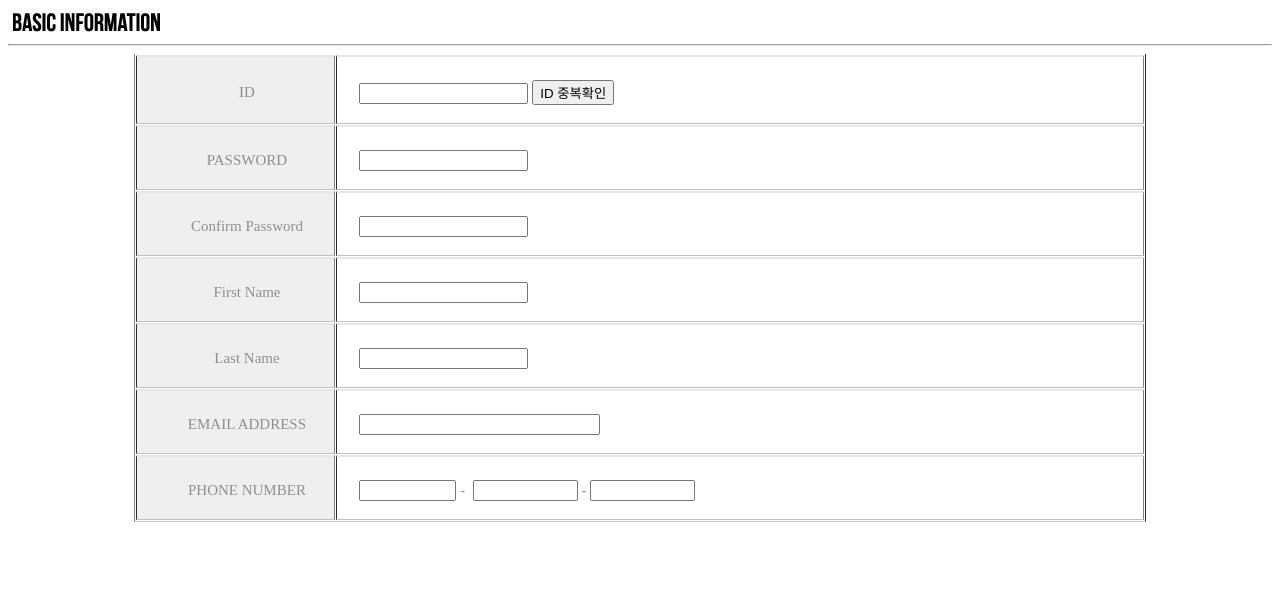
Repository: kminjoo/Making-website-using-JSP
Page: http://localhost/website_project/Register.jsp
These files come from the project's save history. The page is drawn as it stood at one moment and after the next save; the edit follows.
The browser window is 1280 px wide. The pictures show the whole page.
The page is served by Tomcat 9.

Above is the page before, as saved 2015-07-21 14:17:05.

After the next save:
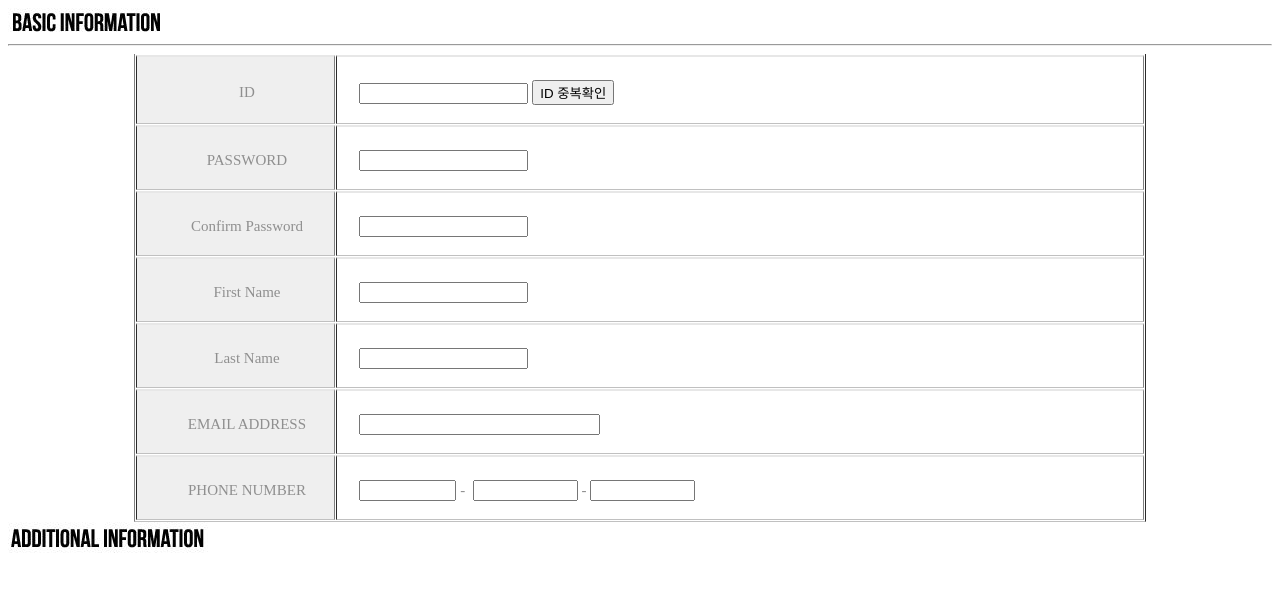
Saved 83 s later.
--- a/website_project/WebContent/Register.jsp
+++ b/website_project/WebContent/Register.jsp
@@ -46,6 +46,7 @@
 	</tr>
 
 </table>
+<div><img src="<%=request.getContextPath() %>/images/additional.JPG"/></div>
 </form>
 
 </body>
